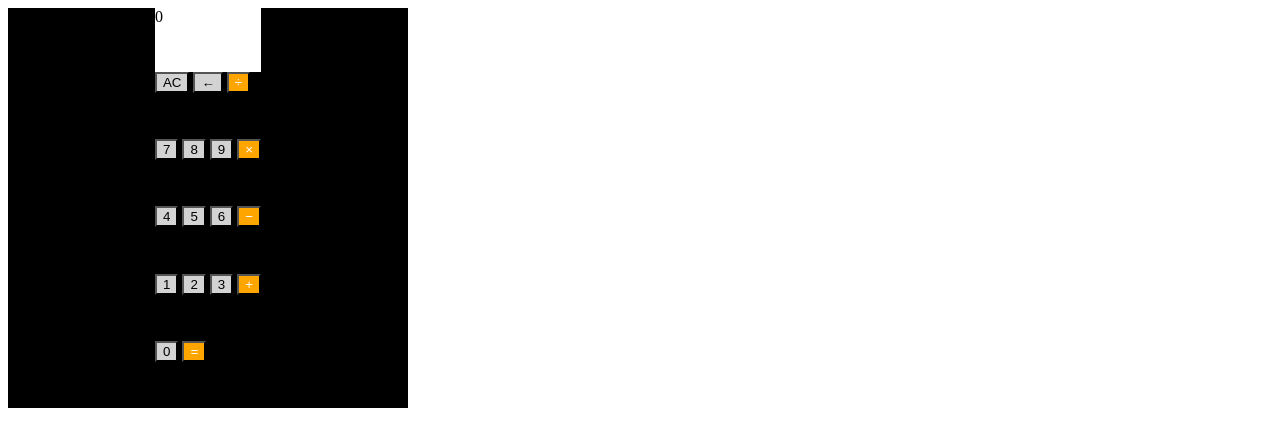
Repository: KaylaDamons/LAB-calculator
Page: index.html
These files come from the project's save history. The page is drawn as it stood at one moment and after the next save; the edit follows.
The browser window is 1280 px wide. The pictures show the whole page.

Above is the page before, as saved 2024-01-13 19:24:19.

After the next save:
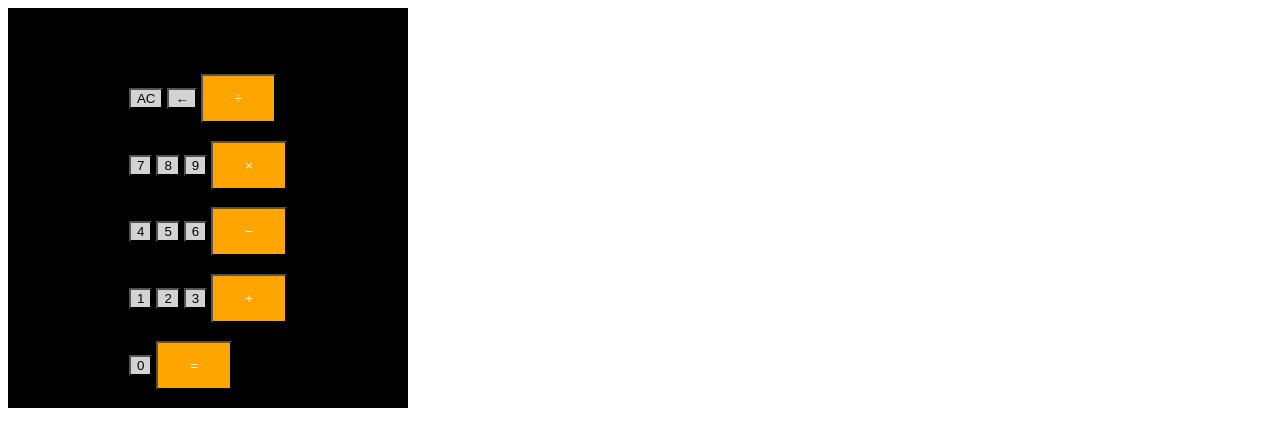
Saved 5 min 57 s later.
--- a/main.css
+++ b/main.css
@@ -11,12 +11,16 @@
 
 
 .sumbar {
- background-color:white;
+ background-color:black;
+ padding-inline-start: 0%;
+ padding:15px 30px;
 }
 
 .symbol {
   background-color: orange;
+  padding-inline-start: 0%;
   color:white;
+  padding:15px 32px;
 }
 .button {
   background-color:lightgray;
